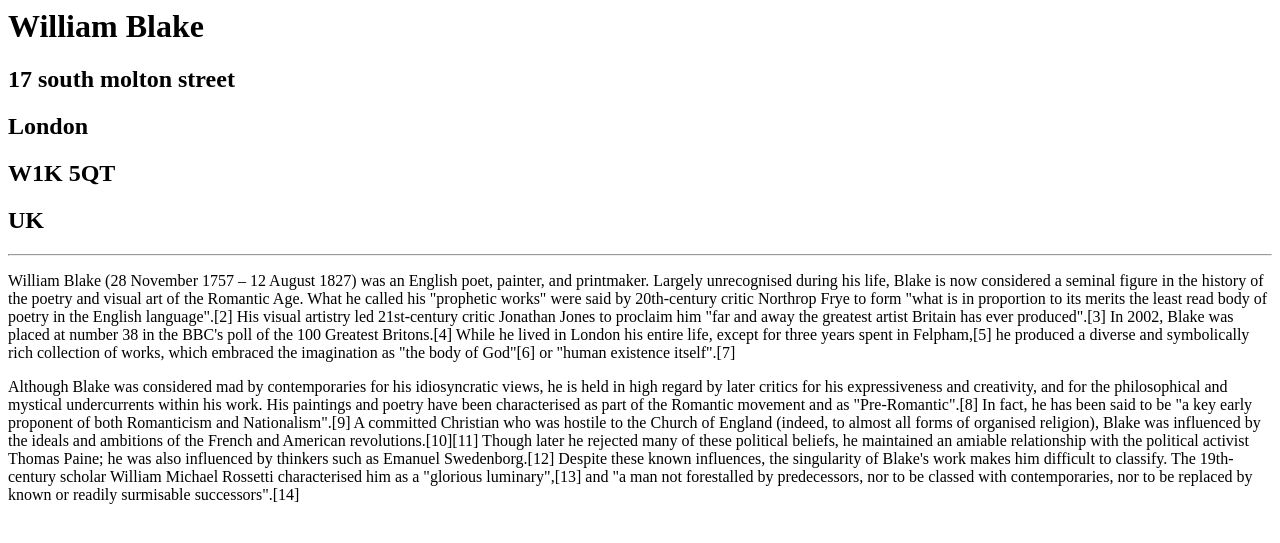
Repository: logan-lampton/python
Page: web-foundation/poet.html
These files come from the project's save history. The page is drawn as it stood at one moment and after the next save; the edit follows.
The browser window is 1280 px wide. The pictures show the whole page.

Above is the page before, as saved 2023-08-23 15:36:07.

After the next save:
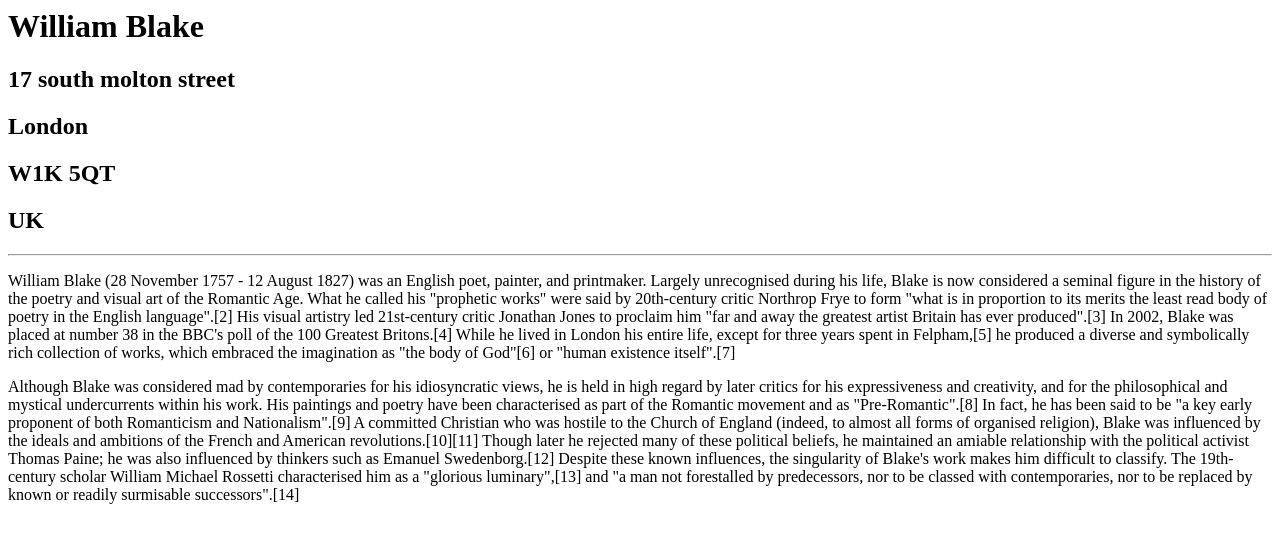
Saved 26 s later.
--- a/web-foundation/poet.html
+++ b/web-foundation/poet.html
@@ -6,7 +6,7 @@
 <h2>UK</h2>
 <hr />
 <p>
-  William Blake (28 November 1757 – 12 August 1827) was an English poet,
+  William Blake (28 November 1757 - 12 August 1827) was an English poet,
   painter, and printmaker. Largely unrecognised during his life, Blake is now
   considered a seminal figure in the history of the poetry and visual art of the
   Romantic Age. What he called his "prophetic works" were said by 20th-century
@@ -20,19 +20,21 @@
   "the body of God"[6] or "human existence itself".[7]
 </p>
 
-Although Blake was considered mad by contemporaries for his idiosyncratic views,
-he is held in high regard by later critics for his expressiveness and
-creativity, and for the philosophical and mystical undercurrents within his
-work. His paintings and poetry have been characterised as part of the Romantic
-movement and as "Pre-Romantic".[8] In fact, he has been said to be "a key early
-proponent of both Romanticism and Nationalism".[9] A committed Christian who was
-hostile to the Church of England (indeed, to almost all forms of organised
-religion), Blake was influenced by the ideals and ambitions of the French and
-American revolutions.[10][11] Though later he rejected many of these political
-beliefs, he maintained an amiable relationship with the political activist
-Thomas Paine; he was also influenced by thinkers such as Emanuel Swedenborg.[12]
-Despite these known influences, the singularity of Blake's work makes him
-difficult to classify. The 19th-century scholar William Michael Rossetti
-characterised him as a "glorious luminary",[13] and "a man not forestalled by
-predecessors, nor to be classed with contemporaries, nor to be replaced by known
-or readily surmisable successors".[14]
+<p>
+  Although Blake was considered mad by contemporaries for his idiosyncratic
+  views, he is held in high regard by later critics for his expressiveness and
+  creativity, and for the philosophical and mystical undercurrents within his
+  work. His paintings and poetry have been characterised as part of the Romantic
+  movement and as "Pre-Romantic".[8] In fact, he has been said to be "a key
+  early proponent of both Romanticism and Nationalism".[9] A committed Christian
+  who was hostile to the Church of England (indeed, to almost all forms of
+  organised religion), Blake was influenced by the ideals and ambitions of the
+  French and American revolutions.[10][11] Though later he rejected many of
+  these political beliefs, he maintained an amiable relationship with the
+  political activist Thomas Paine; he was also influenced by thinkers such as
+  Emanuel Swedenborg.[12] Despite these known influences, the singularity of
+  Blake's work makes him difficult to classify. The 19th-century scholar William
+  Michael Rossetti characterised him as a "glorious luminary",[13] and "a man
+  not forestalled by predecessors, nor to be classed with contemporaries, nor to
+  be replaced by known or readily surmisable successors".[14]
+</p>
